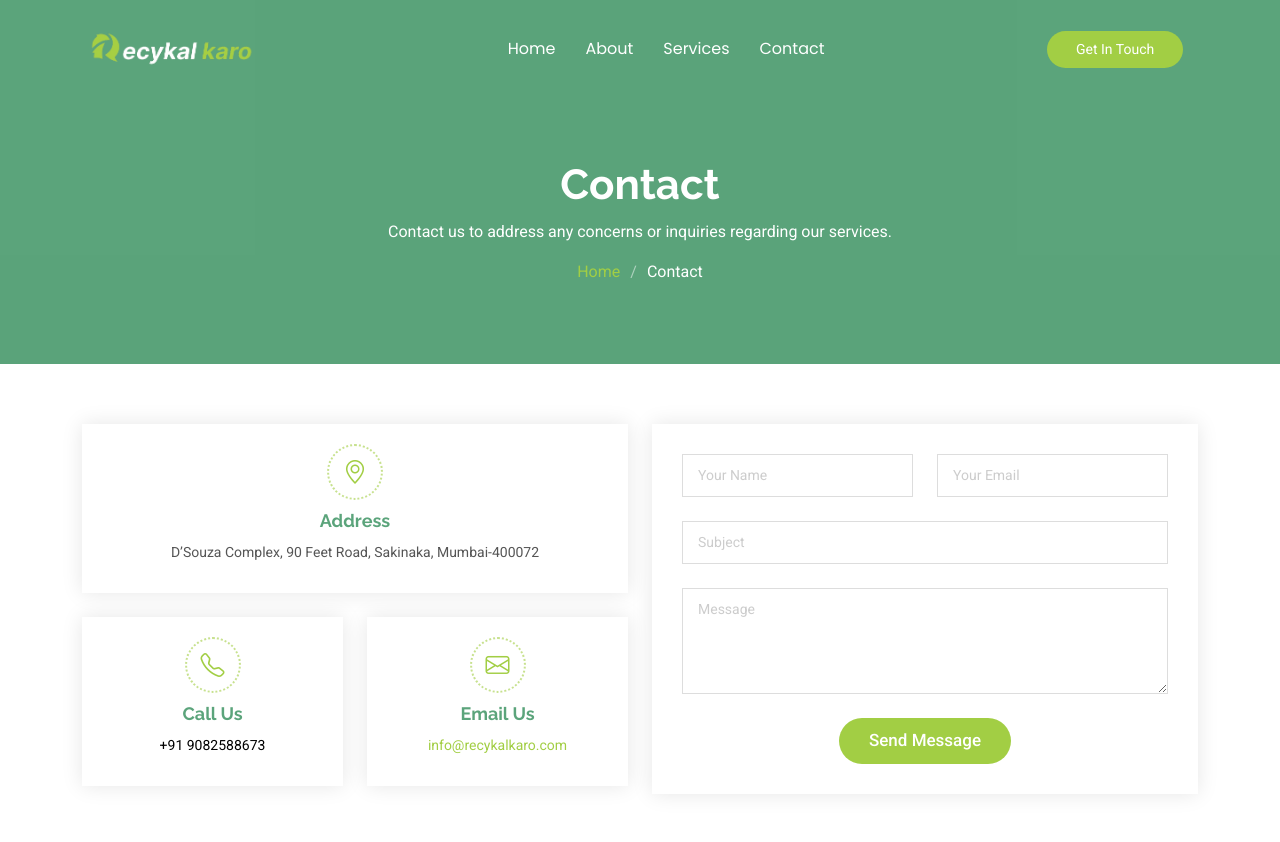
Repository: msmsa2001/recyclekaro
Page: contact.html
These files come from the project's save history. The page is drawn as it stood at one moment and after the next save; the edit follows.
The browser window is 1280 px wide. The pictures show the part of the page from y = 0 to 842 px (the page is 1731 px tall).
Pictures or frames that could not be fetched are drawn as grey boxes.

Above is the page before, as saved 2024-09-30 15:11:32.
Console error: TypeError: Cannot read properties of null (reading 'style')

### contact.html
<!DOCTYPE html>
<html lang="en">

<head>
  <meta charset="utf-8">
  <meta content="width=device-width, initial-scale=1.0" name="viewport">
  <title>Contact - Moderna Bootstrap Template</title>
  <meta name="description" content="">
  <meta name="keywords" content="">

  <!-- Favicons -->
  <!-- <link href="assets/img/favicon.png" rel="icon"> -->
  <link href="assets/img/logos/favicon-32x32-removebg-preview.png" rel="icon">

  <link href="assets/img/apple-touch-icon.png" rel="apple-touch-icon">

  <!-- Fonts -->
  <link href="https://fonts.googleapis.com" rel="preconnect">
  <link href="https://fonts.gstatic.com" rel="preconnect" crossorigin>
  <link href="https://fonts.googleapis.com/css2?family=Roboto:ital,wght@0,100;0,300;0,400;0,500;0,700;0,900;1,100;1,300;1,400;1,500;1,700;1,900&family=Poppins:ital,wght@0,100;0,200;0,300;0,400;0,500;0,600;0,700;0,800;0,900;1,100;1,200;1,300;1,400;1,500;1,600;1,700;1,800;1,900&family=Raleway:ital,wght@0,100;0,200;0,300;0,400;0,500;0,600;0,700;0,800;0,900;1,100;1,200;1,300;1,400;1,500;1,600;1,700;1,800;1,900&display=swap" rel="stylesheet">

  <!-- Vendor CSS Files -->
  <link href="assets/vendor/bootstrap/css/bootstrap.min.css" rel="stylesheet">
  <link href="assets/vendor/bootstrap-icons/bootstrap-icons.css" rel="stylesheet">
  <link href="assets/vendor/aos/aos.css" rel="stylesheet">
  <link href="assets/vendor/glightbox/css/glightbox.min.css" rel="stylesheet">
  <link href="assets/vendor/swiper/swiper-bundle.min.css" rel="stylesheet">

  <!-- Main CSS File -->
  <link href="assets/css/main.css" rel="stylesheet">

  <!-- =======================================================
  * Template Name: Moderna
  * Template URL: https://bootstrapmade.com/free-bootstrap-template-corporate-moderna/
  * Updated: Aug 07 2024 with Bootstrap v5.3.3
  * Author: BootstrapMade.com
  * License: https://bootstrapmade.com/license/
  ======================================================== -->
</head>

<body class="contact-page">

  <header id="header" class="header d-flex align-items-center fixed-top">
    <div class="container-fluid container-xl position-relative d-flex align-items-center justify-content-between">

      <a href="index.html" class="logo d-flex align-items-center">
        <!-- Uncomment the line below if you also wish to use an image logo -->
        <!-- <img src="assets/img/logo.png" alt=""> -->
        <!-- <h1 class="sitename">Moderna</h1> -->
        <img src="assets/img/logos/Recykal_karo_logo_Balck_BG-removebg-preview.png" alt="" style="width: 180px;">

      </a>

      <nav id="navmenu" class="navmenu">
        <ul>
          <li><a href="index.html" class="active">Home</a></li>
          <li><a href="about.html">About</a></li>
          <li><a href="services.html">Services</a></li>
          <!-- <li><a href="portfolio.html">Portfolio</a></li>
          <li><a href="team.html">Team</a></li>
          <li><a href="blog.html">Blog</a></li>
          <li class="dropdown"><a href="#"><span>Dropdown</span> <i class="bi bi-chevron-down toggle-dropdown"></i></a>
            <ul>
              <li><a href="#">Dropdown 1</a></li>
              <li class="dropdown"><a href="#"><span>Deep Dropdown</span> <i class="bi bi-chevron-down toggle-dropdown"></i></a>
                <ul>
                  <li><a href="#">Deep Dropdown 1</a></li>
                  <li><a href="#">Deep Dropdown 2</a></li>
                  <li><a href="#">Deep Dropdown 3</a></li>
                  <li><a href="#">Deep Dropdown 4</a></li>
                  <li><a href="#">Deep Dropdown 5</a></li>
                </ul>
              </li>
              <li><a href="#">Dropdown 2</a></li>
              <li><a href="#">Dropdown 3</a></li>
              <li><a href="#">Dropdown 4</a></li>
            </ul>
          </li> -->
          <li><a href="contact.html">Contact</a></li>
        </ul>
        <i class="mobile-nav-toggle d-xl-none bi bi-list"></i>
      </nav>
      <a class="btn-getstarted" href="#contact">Get In Touch</a>

    </div>
  </header>

  <main class="main">

    <!-- Page Title -->
    <div class="page-title dark-background">
      <div class="container position-relative">
        <h1>Contact</h1>
        <p>Contact us to address any concerns or inquiries regarding our services.</p>
        <nav class="breadcrumbs">
          <ol>
            <li><a href="index.html">Home</a></li>
            <li class="current">Contact</li>
          </ol>
        </nav>
      </div>
    </div><!-- End Page Title -->

    <!-- Contact Section -->
    <section id="contact" class="contact section">

      <div class="container" data-aos="fade-up" data-aos-delay="100">

        <div class="row gy-4">
          <div class="col-lg-6 ">
            <div class="row gy-4">

              <div class="col-lg-12">
                <div class="info-item d-flex flex-column justify-content-center align-items-center" data-aos="fade-up" data-aos-delay="200">
                  <i class="bi bi-geo-alt"></i>
                  <h3>Address</h3>
                  <p>D’Souza Complex, 90 Feet Road, Sakinaka, Mumbai-400072
                  </p>
                </div>
              </div><!-- End Info Item -->

              <div class="col-md-6">
                <div class="info-item d-flex flex-column justify-content-center align-items-center" data-aos="fade-up" data-aos-delay="300">
                  <i class="bi bi-telephone"></i>
                  <h3>Call Us</h3>
                <a href="tel:9082588673"><p style="color:black;">+91 9082588673</p></a>
                </div>
              </div><!-- End Info Item -->

              <div class="col-md-6">
                <div class="info-item d-flex flex-column justify-content-center align-items-center" data-aos="fade-up" data-aos-delay="400">
                  <i class="bi bi-envelope"></i>
                  <h3>Email Us</h3>
                 <a href="mailto:info@recykalkaro.com"><p>info@recykalkaro.com</p></a>
                </div>
              </div><!-- End Info Item -->

            </div>
          </div>

          <div class="col-lg-6">
            <form action="forms/contact.php" method="post" class="php-email-form" data-aos="fade-up" data-aos-delay="500">
              <div class="row gy-4">

                <div class="col-md-6">
                  <input type="text" name="name" class="form-control" placeholder="Your Name" required="">
                </div>

                <div class="col-md-6 ">
                  <input type="email" class="form-control" name="email" placeholder="Your Email" required="">
                </div>

                <div class="col-md-12">
                  <input type="text" class="form-control" name="subject" placeholder="Subject" required="">
                </div>

                <div class="col-md-12">
                  <textarea class="form-control" name="message" rows="4" placeholder="Message" required=""></textarea>
                </div>

                <div class="col-md-12 text-center">
                  <div class="loading">Loading</div>
                  <div class="error-message"></div>
                  <div class="sent-message">Your message has been sent. Thank you!</div>

                  <button type="submit">Send Message</button>
                </div>

              </div>
            </form>
          </div><!-- End Contact Form -->

        </div>

      </div>

      <div class="mt-5" data-aos="fade-up" data-aos-delay="200">
        <iframe src="https://www.google.com/maps/embed?pb=!1m18!1m12!1m3!1d3770.2793611142156!2d72.88540377395167!3d19.095396651365814!2m3!1f0!2f0!3f0!3m2!1i1024!2i768!4f13.1!3m3!1m2!1s0x3be7c87ac4d15cdb%3A0xe466462b259fdd62!2sDSOUZA%20NAGAR%20COMPLEX%20dosti%20regency!5e0!3m2!1sen!2sin!4v1727327275013!5m2!1sen!2sin" width="100%" height="450" style="border:0;" allowfullscreen="" loading="lazy" referrerpolicy="no-referrer-when-downgrade"></iframe>      </div><!-- End Google Maps -->

    </section><!-- /Contact Section -->

  </main>

  <footer id="footer" class="footer dark-background">

    <!-- <div class="footer-newsletter">
      <div class="container">
        <div class="row justify-content-center text-center">
          <div class="col-lg-6">
            <h4>Join Our Newsletter</h4>
            <p>Subscribe to our newsletter and receive the latest news about our products and services!</p>
            <form action="forms/newsletter.php" method="post" class="php-email-form">
              <div class="newsletter-form"><input type="email" name="email"><input type="submit" value="Subscribe"></div>
              <div class="loading">Loading</div>
              <div class="error-message"></div>
              <div class="sent-message">Your subscription request has been sent. Thank you!</div>
            </form>
          </div>
        </div>
      </div>
    </div> -->

    <div class="container footer-top">
      <div class="row gy-4">
        <div class="col-lg-4 col-md-6 footer-about">
          <a href="index.html" class="logo d-flex align-items-center">
            <img src="assets/img/logos/Recykal_karo_logo_Balck_BG-removebg-preview.png" alt="">
          </a>
          <div class="footer-contact pt-3">
            <p>D’Souza Complex, 90 Feet Road,
            </p>
            <p>Sakinaka, Mumbai-400072</p>
            <p class="mt-3"><strong>Phone:</strong><a href="tel:9082588673"><span style="color: white;" >+91 9082588673</span></a></p>
            <p><strong>Email:</strong> <a href="mailto:info@recykalkaro.com"><span style="color: white;">info@recykalkaro.com</span></a></p>
          </div>
        </div>

        <div class="col-lg-2 col-md-3 footer-links">
          <h4>Useful Links</h4>
          <ul>
            <li><i class="bi bi-chevron-right"></i> <a href="index.html">Home</a></li>
            <li><i class="bi bi-chevron-right"></i> <a href="about.html">About us</a></li>
            <li><i class="bi bi-chevron-right"></i> <a href="services.html">Services</a></li>
            <li><i class="bi bi-chevron-right"></i> <a href="contact.html">Contact</a></li>
          </ul>
        </div>

        <!-- <div class="col-lg-2 col-md-3 footer-links">
          <h4>Our Services</h4>
          <ul>
            <li><i class="bi bi-chevron-right"></i> <a href="#">Web Design</a></li>
            <li><i class="bi bi-chevron-right"></i> <a href="#">Web Development</a></li>
            <li><i class="bi bi-chevron-right"></i> <a href="#">Product Management</a></li>
            <li><i class="bi bi-chevron-right"></i> <a href="#">Marketing</a></li>
          </ul>
        </div> -->

        <div class="col-lg-4 col-md-12">
          <h4>Follow Us</h4>
          <p>Stay connected with GreenLife E-Waste for the latest updates on eco-friendly practices, e-waste recycling tips, and sustainability news. Follow us on social media to join our mission towards a greener tomorrow!</p>
          <div class="social-links d-flex">
            <a href="https://x.com/greenlifeewaste" target="_blank"><i class="bi bi-twitter-x"></i></a>
            <a href="https://www.facebook.com/greenlifeewaste" target="_blank"><i class="bi bi-facebook"></i></a>
            <a href="https://www.instagram.com/greenlifeewaste/" target="_blank"><i class="bi bi-instagram"></i></a>
            <a href="https://www.linkedin.com/company/recykal-karo" target="_blank"><i class="bi bi-linkedin"></i></a>
          </div>
        </div>

      </div>
    </div>

    <div class="container copyright text-center mt-4">
      <p>© <span>Copyright</span> <strong class="px-1 sitename">Recykal Karo</strong> <span>All Rights Reserved</span></p>
      <div class="credits">
        <!-- All the links in the footer should remain intact. -->
        <!-- You can delete the links only if you've purchased the pro version. -->
        <!-- Licensing information: https://bootstrapmade.com/license/ -->
        <!-- Purchase the pro version with working PHP/AJAX contact form: [buy-url] -->
        Designed by <a href="https://pyzon.in/" target="_blank">Pyzon Pvt. Ltd.</a>
      </div>
    </div>

  </footer>

  <!-- Scroll Top -->
  <a href="#" id="scroll-top" class="scroll-top d-flex align-items-center justify-content-center"><i class="bi bi-arrow-up-short"></i></a>

  <!-- Preloader -->
  <div id="preloader"></div>

  <!-- Vendor JS Files -->
  <script src="assets/vendor/bootstrap/js/bootstrap.bundle.min.js"></script>
  <script src="assets/vendor/php-email-form/validate.js"></script>
  <script src="assets/vendor/aos/aos.js"></script>
  <script src="assets/vendor/glightbox/js/glightbox.min.js"></script>
  <script src="assets/vendor/purecounter/purecounter_vanilla.js"></script>
  <script src="assets/vendor/swiper/swiper-bundle.min.js"></script>
  <script src="assets/vendor/waypoints/noframework.waypoints.js"></script>
  <script src="assets/vendor/imagesloaded/imagesloaded.pkgd.min.js"></script>
  <script src="assets/vendor/isotope-layout/isotope.pkgd.min.js"></script>

  <!-- Main JS File -->
  <script src="assets/js/main.js"></script>

</body>

</html>

Loaded but not shown: assets/vendor/bootstrap/css/bootstrap.min.css (library); assets/vendor/bootstrap-icons/bootstrap-icons.css (library); assets/vendor/aos/aos.css (library); assets/vendor/glightbox/css/glightbox.min.css (library); assets/vendor/swiper/swiper-bundle.min.css (library); assets/vendor/bootstrap/js/bootstrap.bundle.min.js (library); assets/vendor/php-email-form/validate.js (common file); assets/vendor/aos/aos.js (library); assets/vendor/glightbox/js/glightbox.min.js (library); assets/vendor/purecounter/purecounter_vanilla.js (library); assets/vendor/swiper/swiper-bundle.min.js (library); assets/vendor/waypoints/noframework.waypoints.js (library); assets/vendor/imagesloaded/imagesloaded.pkgd.min.js (library); assets/vendor/isotope-layout/isotope.pkgd.min.js (library); assets/js/main.js (277 lines, source omitted); assets/css/main.css (3322 lines, source omitted)

After the next save:
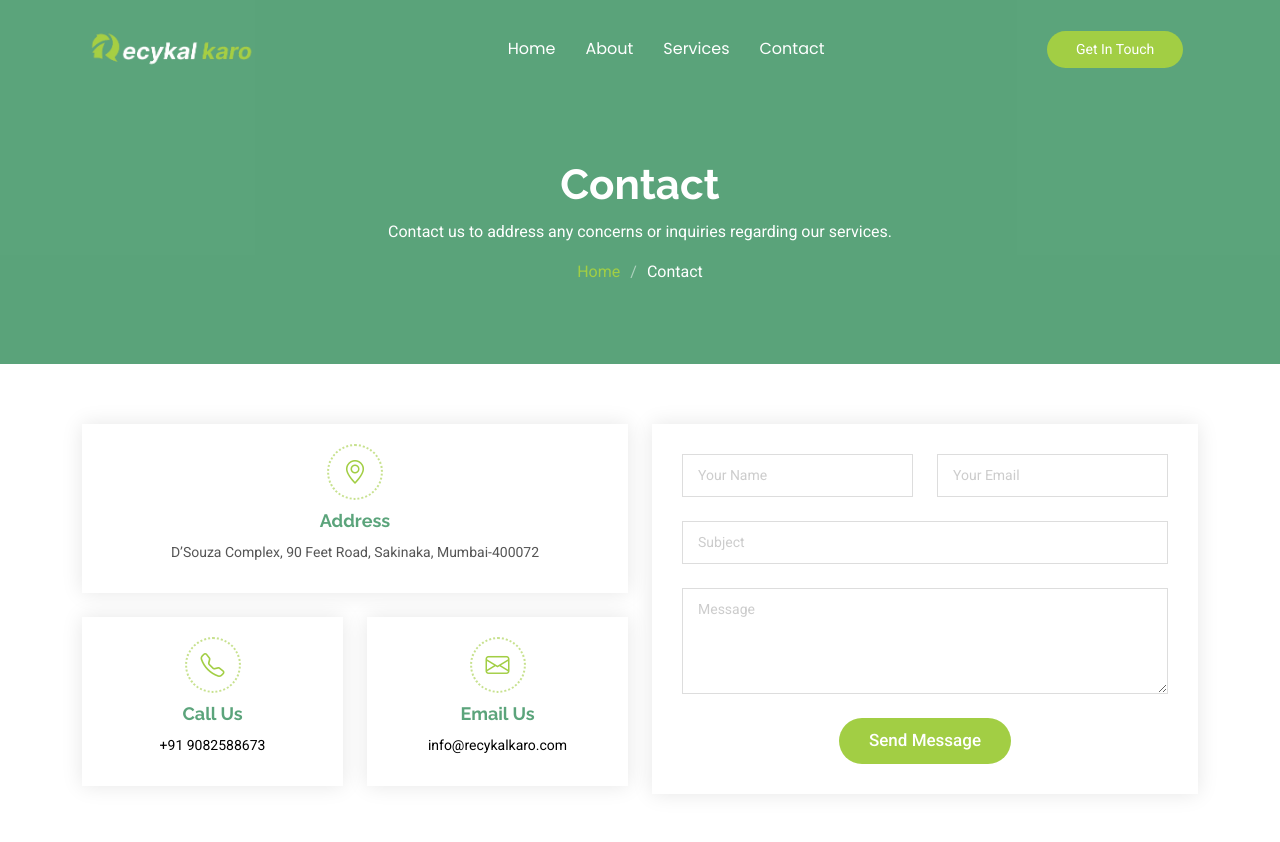
Saved 19 s later.
--- a/contact.html
+++ b/contact.html
@@ -131,7 +131,7 @@
                 <div class="info-item d-flex flex-column justify-content-center align-items-center" data-aos="fade-up" data-aos-delay="400">
                   <i class="bi bi-envelope"></i>
                   <h3>Email Us</h3>
-                 <a href="mailto:info@recykalkaro.com"><p>info@recykalkaro.com</p></a>
+                 <a href="mailto:info@recykalkaro.com"><p style="color: black;">info@recykalkaro.com</p></a>
                 </div>
               </div><!-- End Info Item -->
 
